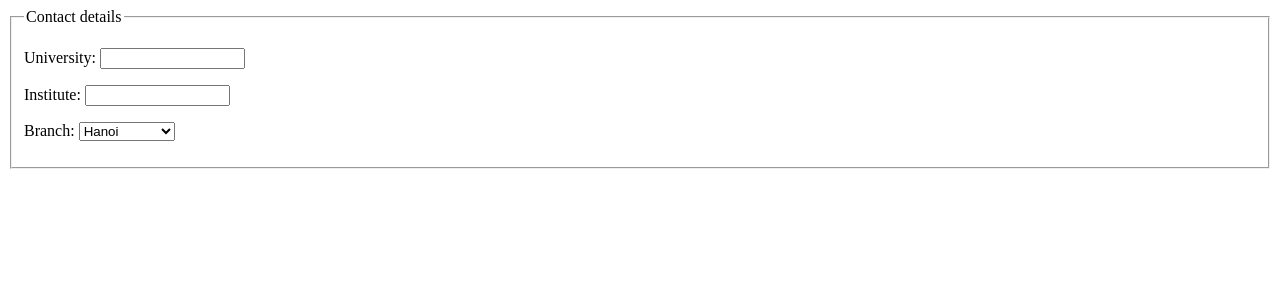
Repository: Helianthusss/Learn-CPP
Page: HTML/lap2/bai5.html
These files come from the project's save history. The page is drawn as it stood at one moment and after the next save; the edit follows.
The browser window is 1280 px wide. The pictures show the whole page.

Above is the page before, as saved 2021-09-23 17:06:55.

After the next save:
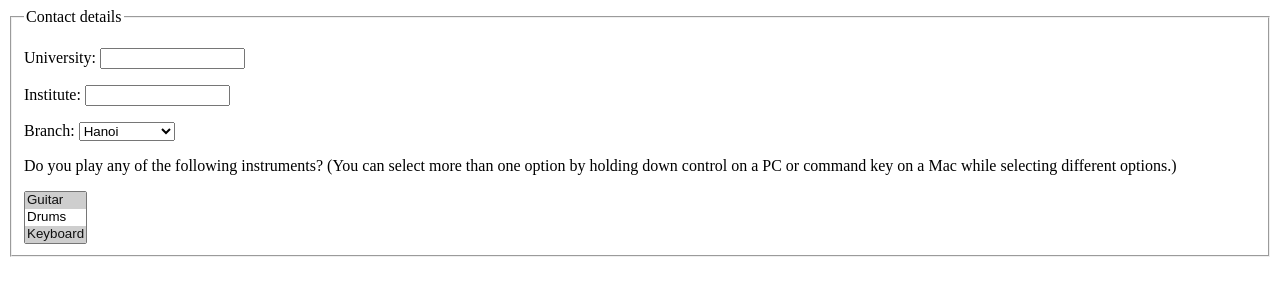
Saved 28 s later.
--- a/HTML/lap2/bai5.html
+++ b/HTML/lap2/bai5.html
@@ -27,6 +27,17 @@
             <option value="computer">Ho Chi Minh</option>
           </select>
         </p>
+        <p>
+          Do you play any of the following instruments? (You can select more
+          than one option by holding down control on a PC or command key on a
+          Mac while selecting different options.)
+        </p>
+        <select name="instruments" size="3" multiple="multiple">
+          <option value="guitar" selected="selected">Guitar</option>
+          <option value="drums">Drums</option>
+          <option value="keyboard" selected="selected">Keyboard</option>
+          <option value="bass">Bass</option>
+        </select>
       </fieldset>
     </form>
   </body>

After the save that followed:
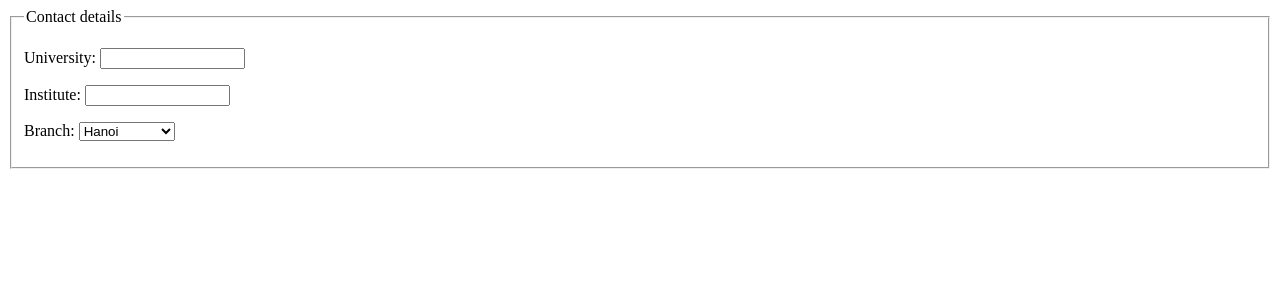
Saved 29 s later.
--- a/HTML/lap2/bai5.html
+++ b/HTML/lap2/bai5.html
@@ -27,17 +27,6 @@
             <option value="computer">Ho Chi Minh</option>
           </select>
         </p>
-        <p>
-          Do you play any of the following instruments? (You can select more
-          than one option by holding down control on a PC or command key on a
-          Mac while selecting different options.)
-        </p>
-        <select name="instruments" size="3" multiple="multiple">
-          <option value="guitar" selected="selected">Guitar</option>
-          <option value="drums">Drums</option>
-          <option value="keyboard" selected="selected">Keyboard</option>
-          <option value="bass">Bass</option>
-        </select>
       </fieldset>
     </form>
   </body>
